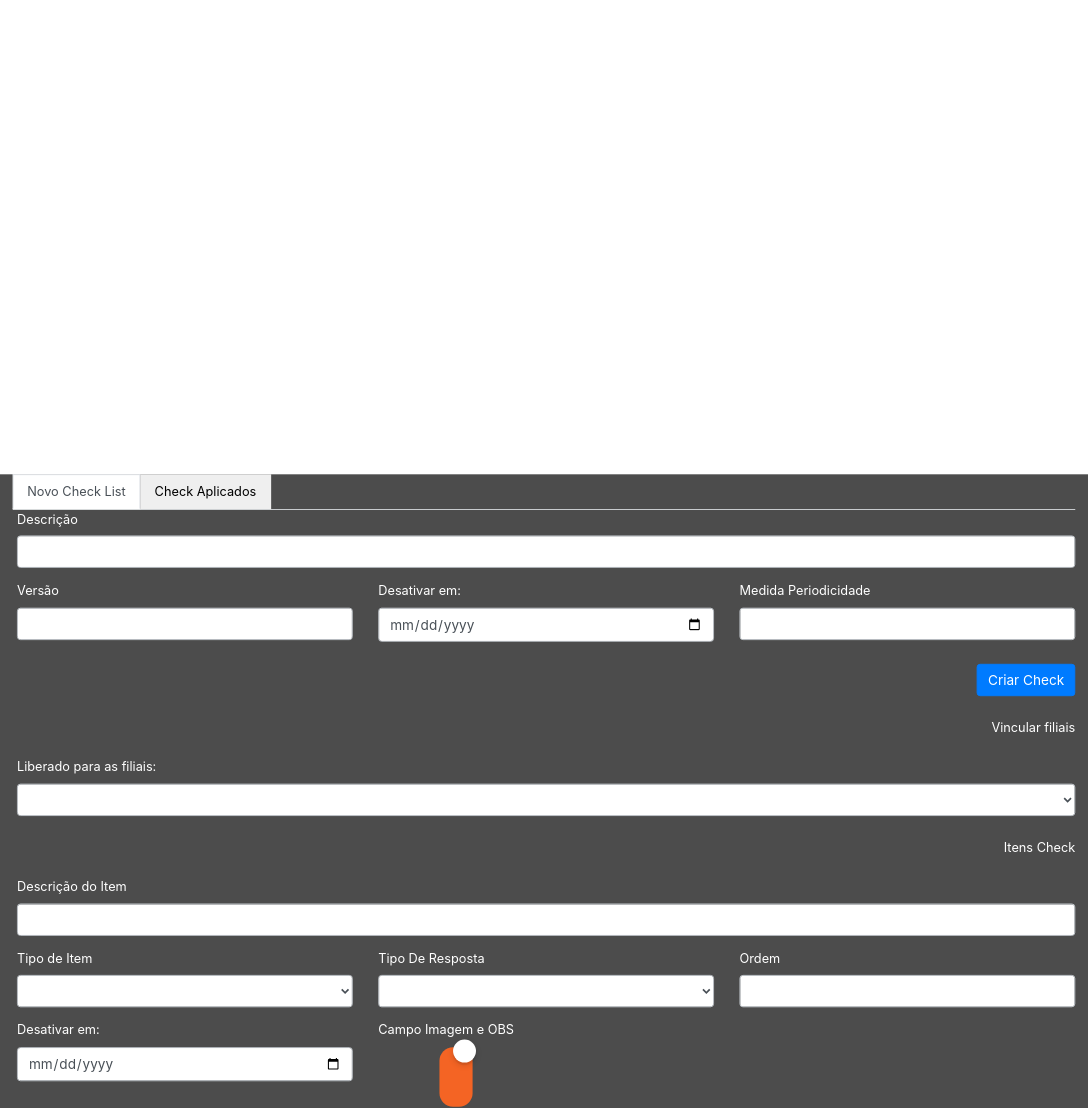
Repository: Conlog-SA/portal_operacional
Page: apps/safety_layout_checklist_app/templates/safety_layout_checklist_app/form_cad_layout_checklist.html
The author's editor kept a copy of each file at every save. The page is drawn from the files as they stood at one save, then again after the next save.
The browser window is 1280 px wide. The pictures show the whole page, at 85% of full size.
The template is drawn by Django 3.2. The application's start-up code is not run. The template is opened directly, without the code that normally fills it, so the values that code supplies are empty.

Above is the page before, as saved 2023-11-16 15:46:34.

After the next save:
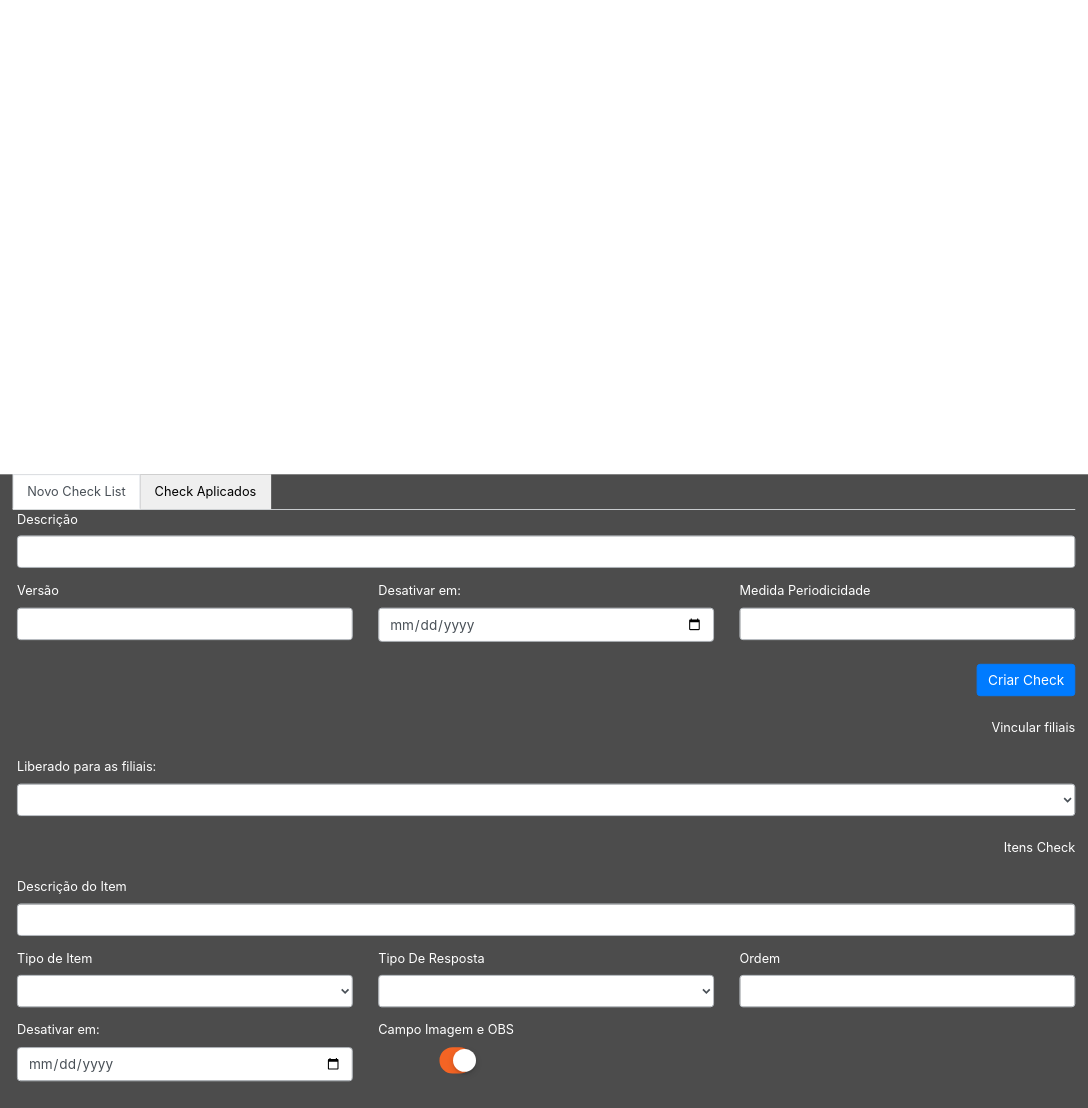
Saved 29 s later.
--- a/apps/safety_layout_checklist_app/templates/safety_layout_checklist_app/form_cad_layout_checklist.html
+++ b/apps/safety_layout_checklist_app/templates/safety_layout_checklist_app/form_cad_layout_checklist.html
@@ -104,7 +104,7 @@
                                   <div class="label">
                                     <label for="obs_imagem_check_box"> Campo Imagem e OBS</label>
                                   </div>
-                                  <div class="container-check-box">
+                                  <div class="container" style="padding-right: 72px; padding-left: 72px;">
                                       <input type="checkbox" checked="checked" class="checkbox" name="obs_imagem_check_box" id="obs_imagem_check_box" style="width:10px; height:10px;">
                                       <label class="switch" for="obs_imagem_check_box">
                                       <span class="slider"></span>
